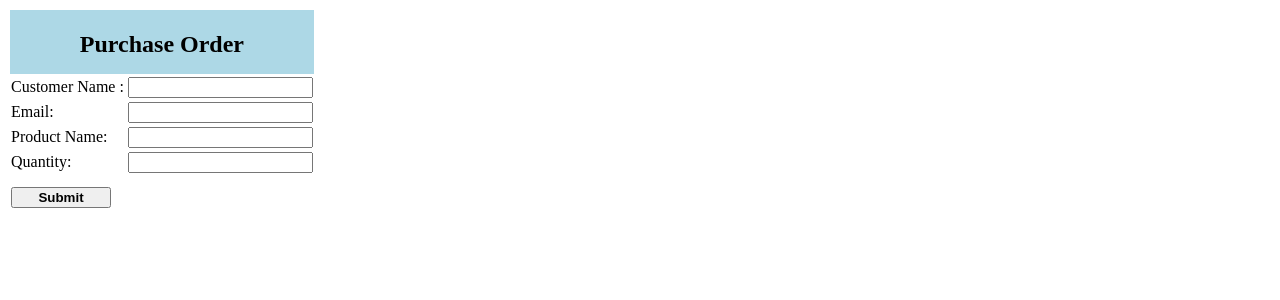
Repository: FatCat0712/JSP
Page: http://localhost/bai_20/
The author's editor kept a copy of each file at every save. The page is drawn from the files as they stood at one save, then again after the next save.
The browser window is 1280 px wide. The pictures show the whole page.
The page is served by Tomcat 9.

Above is the page before, as saved 2024-04-22 01:30:25.

After the next save:
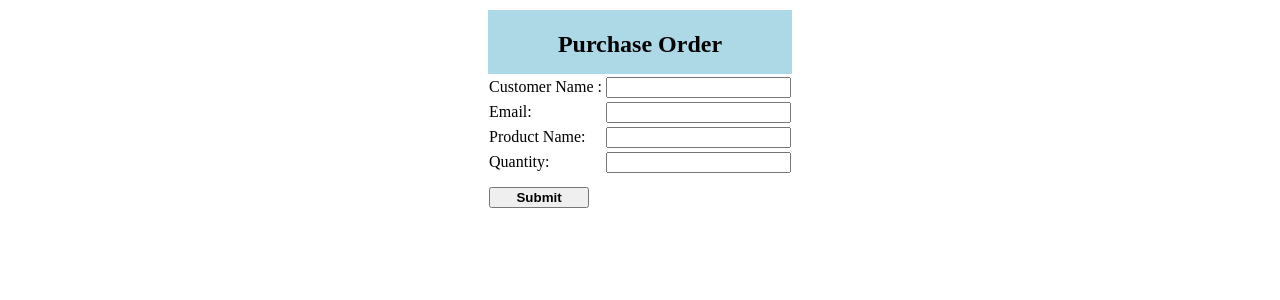
Saved 80 s later.
--- a/bai_20/src/main/webapp/index.jsp
+++ b/bai_20/src/main/webapp/index.jsp
@@ -13,7 +13,7 @@
 </head>
 <body>
 <form action="trangDatHang.jsp" method="post">
-	<table>
+	<table style="margin-left: auto; margin-right: auto">
 		<tr>
 			<td colspan="2" style="background-color: lightblue; text-align: center">
 				<h2 style="margin-bottom: 15px">Purchase Order</h2>

After the 5 saves that followed:
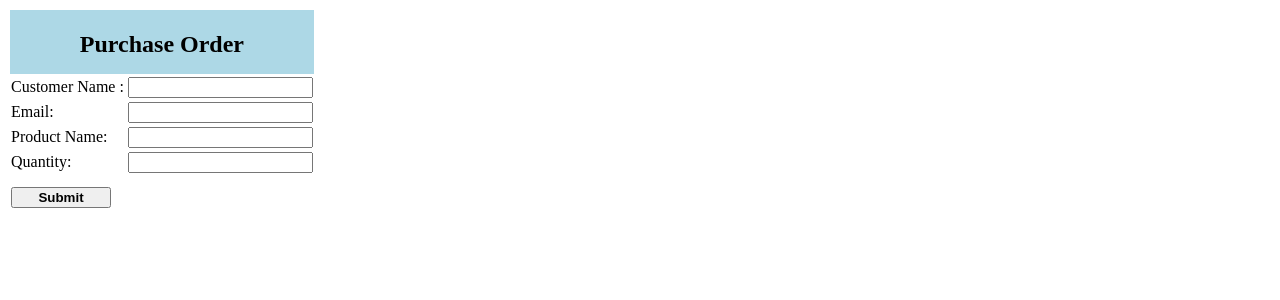
The 5 saves are shown as one change because 3 left the picture as it was and some came seconds apart.
The last was saved 85 s later.
--- a/bai_20/src/main/webapp/index.jsp
+++ b/bai_20/src/main/webapp/index.jsp
@@ -12,7 +12,7 @@
 </style>
 </head>
 <body>
-<form action="trangDatHang.jsp" method="post">
+<form action="trangDatHang.jsp" method="post" style="vertical-align: middle; display: table-cell;">
 	<table style="margin-left: auto; margin-right: auto">
 		<tr>
 			<td colspan="2" style="background-color: lightblue; text-align: center">
